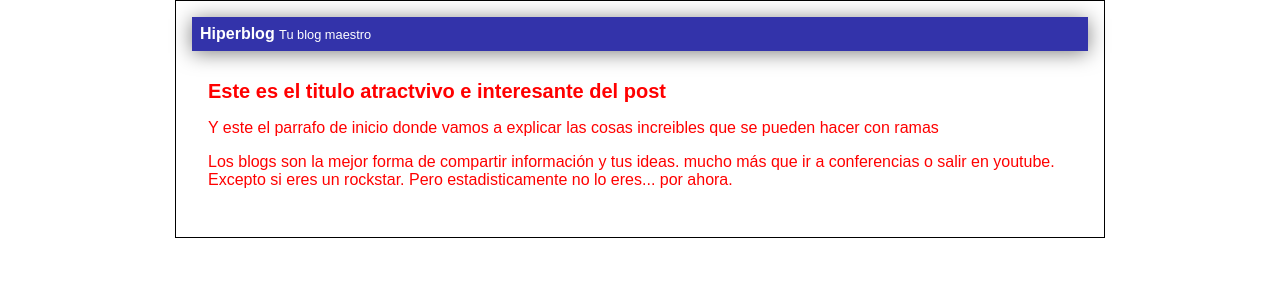
Repository: Areinomora/hiperblog
Page: blogpost.html
The author's editor kept a copy of each file at every save. The page is drawn from the files as they stood at one save, then again after the next save.
The browser window is 1280 px wide. The pictures show the whole page.

Above is the page before, as saved 2022-12-22 15:30:30.

### blogpost.html
<!DOCTYPE html>
<html lang="en">
   <head>
    <meta charset="UTF-8">
    <meta http-equiv="X-UA-Compatible" content="IE=edge">
    <meta name="viewport" content="width=device-width, initial-scale=1.0">
    <title>Titulo del blog post</title>
    <link rel="stylesheet" href="/css/estilos.css">
    </head>
    <body>
        <div id="container">
            <div id="cabecera">
                Hiperblog
                <span id="tagline"> Tu blog maestro</span>
            </div>
            <div id="post">
                <h1>Este es el titulo atractvivo e interesante del post</h1>
                <p>Y este el parrafo de inicio donde vamos a explicar las cosas increibles
                    que se pueden hacer con ramas
                </p>
                <p> Los blogs son la mejor forma de compartir información y tus ideas.
                    mucho más que ir a conferencias o salir en youtube. Excepto si eres un rockstar. Pero estadisticamente no lo eres... por ahora.
                </p>
            </div>
        </div>
    </body>
</html>

### css/estilos.css
body
{
    color:red;
    text-align:center;
    font-family:"arial";
    font-size: 16 px;
    padding: 0;
    margin: 0;

}
#cabecera
{
    background: #33a;
    box-shadow: 0px 2px 20px rgba(0,0,0,0.5);
    color: white;
    font-weight: bold;
    margin: 0;
    padding: 0.5em;

}
#cabecera #tagline
{
    padding: 0,0,0,1em;
    font-weight: normal;
    font-size: 0.8em;


}
#container
{
    width: 70%;
    padding: 1em;
    text-align: left;
    border: 1px solid #000;
    margin:auto;

}
#container h1
{
    font-size: 20px;
}
#post
{
    padding: 1em;
}

After the next save:
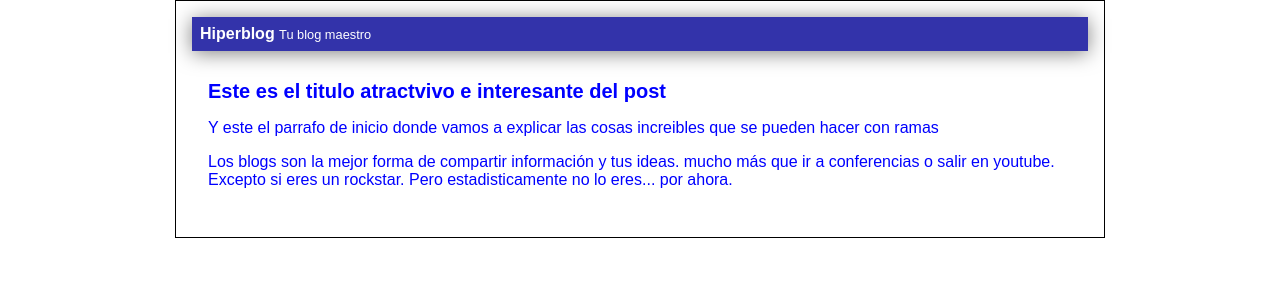
Saved 17 s later.
--- a/css/estilos.css
+++ b/css/estilos.css
@@ -1,6 +1,6 @@
 body
 {
-    color:red;
+    color:blue;
     text-align:center;
     font-family:"arial";
     font-size: 16 px;
